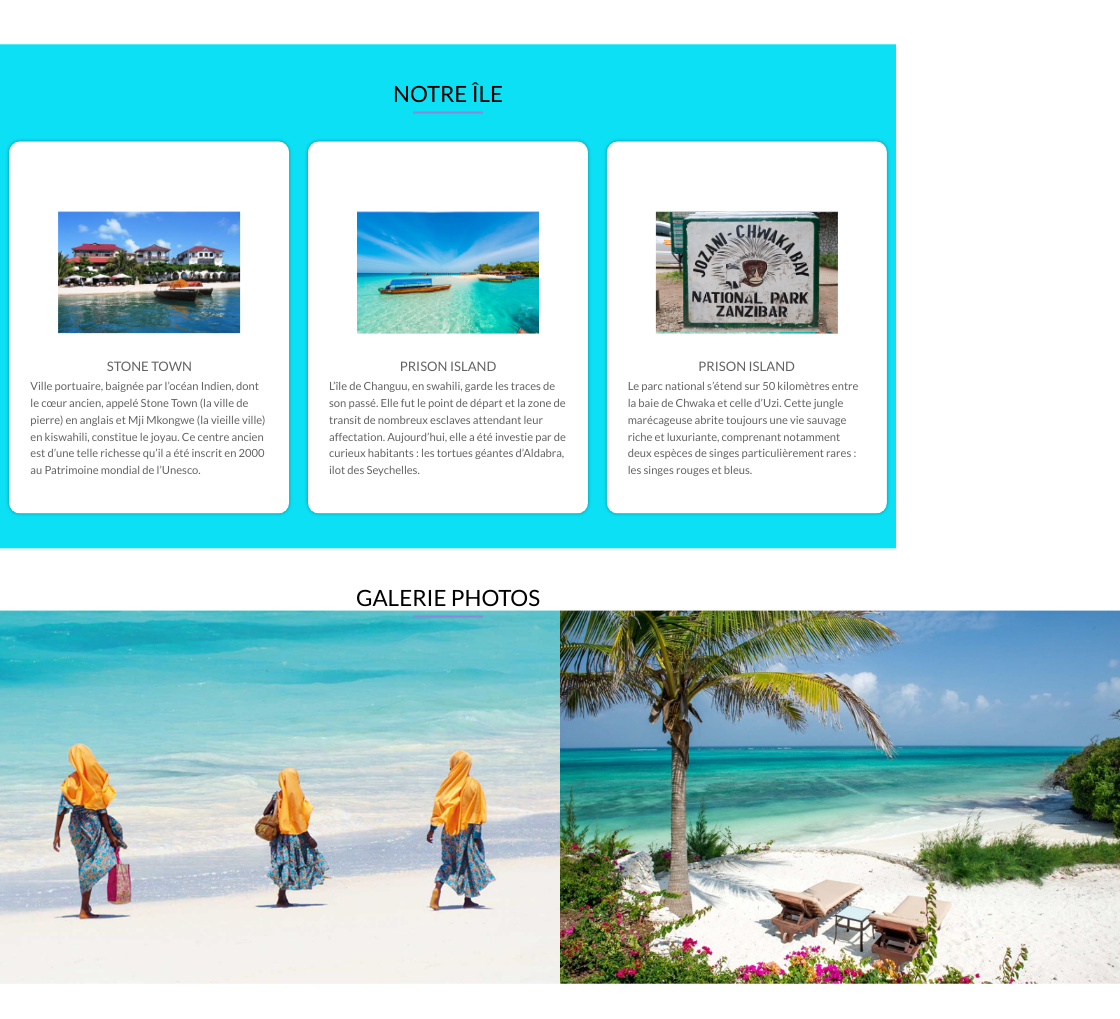
Repository: ypiard85/zanzibar
Page: index.html
The author's editor kept a copy of each file at every save. The page is drawn from the files as they stood at one save, then again after the next save.
The browser window is 1280 px wide. The page is 1600 px wide, then 1280 px, so the pictures cover 1600 px, including what lies to the right of the window. The pictures show the part of the page from y = 1515 to 3075 px (the page is 2971 px tall before and 3075 px after), at 70% of full size.
Some web fonts or font styles are not loaded; a fallback is used.

Above is the page before, as saved 2021-03-01 11:03:15.

### index.html
<!DOCTYPE html>
<html lang="en">
  <head>
    <meta charset="UTF-8" />
    <meta http-equiv="X-UA-Compatible" content="IE=edge" />
    <meta name="viewport" content="width=device-width, initial-scale=1.0" />
    <link rel="stylesheet" href="font/font.css" />
    <link rel="stylesheet" href="./style.css" />
    <link
      rel="stylesheet"
      href="https://use.fontawesome.com/releases/v5.15.2/css/all.css"
      integrity="sha384-vSIIfh2YWi9wW0r9iZe7RJPrKwp6bG+s9QZMoITbCckVJqGCCRhc+ccxNcdpHuYu"
      crossorigin="anonymous"
    />
    <link
      href="https://fonts.googleapis.com/css?family=Lato:300,400,700"
      rel="stylesheet"
    />
    <link
      href="https://fonts.googleapis.com/css?family=Sanchez"
      rel="stylesheet"
    />
    <title> </title>
  </head>
  <body>
    <header role="header">
      <nav class="nav">
        <div class="nav_left">
          <a href="">
            Zanibar
          </a>
        </div>
        <ul class="nav_link">
          <li><a href="">Qui sommes-nous</a></li>
          <li><a href="">Notre île</a></li>
          <li><a href="">Photos</a></li>
          <li><a href="">Témoignages</a></li>
          <li><a href="">Nos séjours</a></li>
          <li><a href="">Contact</a></li>
        </ul>
      </nav>
    </header>
      <section class="image_thumbnail">
        <div class="content_thumbnail">
          <p class="titlte_first">ZANBIZAR</p>
          <p class="title_second">UN ART DE VIVRE</p>
          <p>Lorem ipsum dolor sit amet consectetur adipisicing elit.</p>
          <a href="" class="btn_plein">Notre île</a>
          <a href="" class="btn_empty">Contactez-nous</a>
        </div>
      </section>
      <section class="about">
        <div class="title">
          <p class="blue_border">Qui sommes-nous</p>
        </div>
        <div class="about_content">
          <div class="about_content_left">
            <img src="./tea.png" alt="tea image" />
          </div>
          <div class="about_content_right">
            <div class="about_content_option">
              <i class="far fa-check-circle"></i>
              <p>
                <span>RELIGIONS ET CROYANCES</span>
                La religion principale à Zanzibar est l'islam (97 %), à
                dominante sunnite. Les hindouistes constituent une toute petite
                communauté. Plusieurs minorités religieuses (musulmanes) ont élu
                domicile à Zanzibar : es ismaéliens (qui vénèrent Ismaël, l'un
                des descendants du prophète Ali, et dont le chef spirituel et
                temporel est le célèbre et richissime Aga Khan) et les dawoodis
                bohras, des Indo-Pakistanais, qui suivent les préceptes du
                Coran, mais dont la pratique religieuse, marginale, est beaucoup
                moins dogmatique.
              </p>
            </div>
            <div class="about_content_option">
              <i class="far fa-check-circle"></i>
              <p>
                <span>MUSIQUE</span>
                Le taarab (mot arabe signifiant « joie ») est la forme de
                musique la plus populaire à Zanzibar. C'est un ensemble pouvant
                compter jusqu'à une quarantaine de musiciens. Les chansons sont
                des « poèmes chantés » qui mélangent les influences africaines,
                arabes et indiennes. D'où son originalité.
              </p>
            </div>
            <div class="about_content_option">
              <i class="far fa-grin-alt"></i>
              <p>
                <span>MYTHE LITTÉRAIRE</span>
                Outre les épices, les ivoires et les esclaves, Zanzibar a
                exporté des rêves. Zanzibar ! Voilà un nom qui est une
                magnifique invitation au voyage à lui tout seul. Nombreux sont
                les écrivains européens (britanniques et français, notamment)
                qui ont succombé à son nom, rêvant de voir un jour cette île
                lointaine.
              </p>
            </div>
          </div>
        </div>
      </section>
      <section class="notre_ile">
        <div class="title">
          <p class="blue_border">Notre île</p>
        </div>
        <div class="content">
          <div class="card">
            <img src="./card/stone-town.png" alt="stone town" />
            <h3>STONE TOWN</h3>
            <p>
              Ville portuaire, baignée par l’océan Indien, dont le cœur ancien,
              appelé Stone Town (la ville de pierre) en anglais et Mji Mkongwe
              (la vieille ville) en kiswahili, constitue le joyau. Ce centre
              ancien est d’une telle richesse qu’il a été inscrit en 2000 au
              Patrimoine mondial de l’Unesco.
            </p>
          </div>
          <div class="card">
            <img src="./card/prison-island.png" alt="" />
            <h3>PRISON ISLAND</h3>
            <p>
              L’île de Changuu, en swahili, garde les traces de son passé. Elle
              fut le point de départ et la zone de transit de nombreux esclaves
              attendant leur affectation. Aujourd’hui, elle a été investie par
              de curieux habitants : les tortues géantes d’Aldabra, ilot des
              Seychelles.
            </p>
          </div>
          <div class="card">
            <img src="./card/parc-national-jozani.png" alt="" />
            <h3>PRISON ISLAND</h3>
            <p>
              Le parc national s’étend sur 50 kilomètres entre la baie de Chwaka
              et celle d’Uzi. Cette jungle marécageuse abrite toujours une vie
              sauvage riche et luxuriante, comprenant notamment deux espèces de
              singes particulièrement rares : les singes rouges et bleus.
            </p>
          </div>
        </div>
      </section>
      <section class="galerie">
        <div class="title">
          <p class="blue_border">GALERIE PHOTOS</p>
        </div>
        <div class="image_galerie">
          <div class="row_one">
            <img src="./galerie/femmes-zanzibar.jpg" alt="">
            <img src="./galerie/plage-zanzibar.jpg" alt="">
          </div>
        </div>
      </section>
    </div>
  </body>
</html>

### font/font.css
/*! Generated by Font Squirrel (https://www.fontsquirrel.com) on June 4, 2019 */



@font-face {
    font-family: 'warnesregular';
    src: url('warnes-regular-webfont.eot');
    src: url('warnes-regular-webfont.eot?#iefix') format('embedded-opentype'),
         url('warnes-regular-webfont.woff2') format('woff2'),
         url('warnes-regular-webfont.woff') format('woff'),
         url('warnes-regular-webfont.ttf') format('truetype'),
         url('warnes-regular-webfont.svg#warnesregular') format('svg');
    font-weight: normal;
    font-style: normal;

}

### style.css
:root{
    --font-family-title: "warnesregular";
    --guillemet-citation: "Sanchez", serif;
    --font-size-title-medium: 32px;
    --button-header-blue: rgb(85, 85, 199);
    --font-size-title-red: red;
}

*{
    margin: 0;
    padding: 0;
    box-sizing: border-box;
    list-style: none;
    text-decoration: none;
    transition: 0.3s;
}

html {
    background-color: #fff;
    font-family: "Lato", "Arial", sans-serif;
}


.nav{
    background: black;
    display: flex;
    justify-content: space-around;
    align-items: center;
    padding: 5px 0;
    width: 100%;
}

section{
    padding: 50px 0;
}

.nav *{
    color: #fff;
}

.nav_left a{
    font-family: var(--font-family-title);
    font-size: 32px;
}

.nav_link{
    display: flex;
}

.nav_link li a{
    color: rgb(233, 233, 233);
    margin: 0 10px;

}

.image_thumbnail{
    background-image: url('./header.jpg');
    background-repeat: no-repeat;
    background-position: center right;
    height: 93vh;

}

.content_thumbnail{
    padding: 190px;
    color: #fff;
}

.content_thumbnail .titlte_first{
    font-size: 58px;
}

.content_thumbnail .title_second{
    font-size: 58px;
    font-weight: 100;
}

.content_thumbnail > a{
    display: inline-block;
    margin-top: 10px;
    padding: 8px 30px;
    border-radius: 8px;
    margin-right: 20px;
    font-weight: 600;
}

.btn_plein{
    background-color: white;
    color: var(--button-header-blue);
}

.btn_plein:hover{
    background-color: var(--button-header-blue);
    color: white;
}

.btn_empty{
    background-color: transparent;
    color: #fff;
    border: 2px solid #fff;
}

.btn_empty:hover{
    color: var(--button-header-blue);
    background-color: white;
}


section .title p {
    text-align: center;
    text-transform: uppercase;
    font-size: var(--font-size-title-medium);
    position: relative;
}

.blue_border::after{
    content: '';
    position: absolute;
    background-color: rgb(138, 138, 218);
    left: 0;
    right: 0;
    bottom: -10px;
    height: 3px;
    width: 100px;
    margin: 0 auto;
}

.about_content{
    margin-top: 60px;
    display: flex;
    justify-content: space-evenly;
}

.about_content_option{
    display: flex;
    margin-bottom: 30px;
}

.about_content_option i{
    font-size: 26px;
    color: var(--font-size-title-red);
    margin-right: 20px;
    margin-top: 5px;
}

.about_content_option p span{
    display: block;
    color: var(--font-size-title-red);
    font-size: 26px;
    margin-bottom: 10px;
}

.about_content_right{
    width: 500px;
}

.notre_ile{
    background-color: #0CE0F5;
}

.notre_ile > .content{
    margin-top: 50px;
}

.card{
    background-color: #FFF;
    display: flex;
    flex-direction: column;
    align-items: center;
    width: 400px;
    max-width: 100%;
    padding: 50px 30px;
    border-radius: 15px;
    box-shadow: 0 0 5px rgba(0, 0, 0, 0.411);
    color: rgb(99, 99, 99);
}

.card *{
    font-weight: normal ;
}

.card h3{
    margin-bottom: 5px;
}

.card p{
    line-height: 1.5rem;
}

.card img{
    width: 260px;
}

.notre_ile .content{
    display: flex;
    align-items: center;
    justify-content: space-around;

}


.row_one{
    display: flex;
    justify-content: space-around;
}

.row_one img:nth-child(1){
    width: 25%;
    height: 100%;
}

.row_one img:nth-child(1){
    width: 75%;
    height: 100%;
}

After the next save:
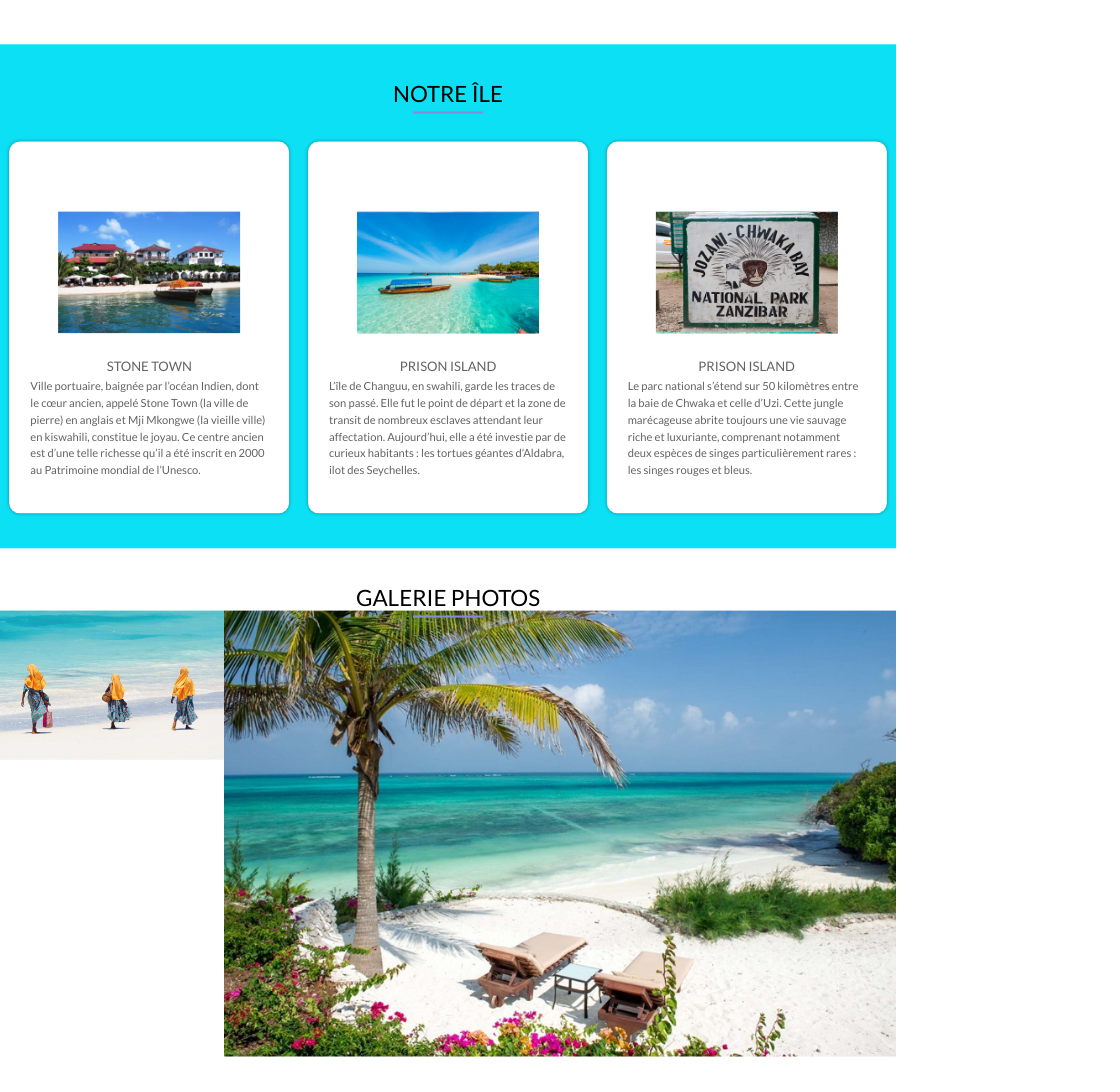
Saved 5 s later.
--- a/style.css
+++ b/style.css
@@ -209,7 +209,7 @@ section .title p {
     height: 100%;
 }
 
-.row_one img:nth-child(1){
+.row_one img:nth-child(2){
     width: 75%;
     height: 100%;
 }
